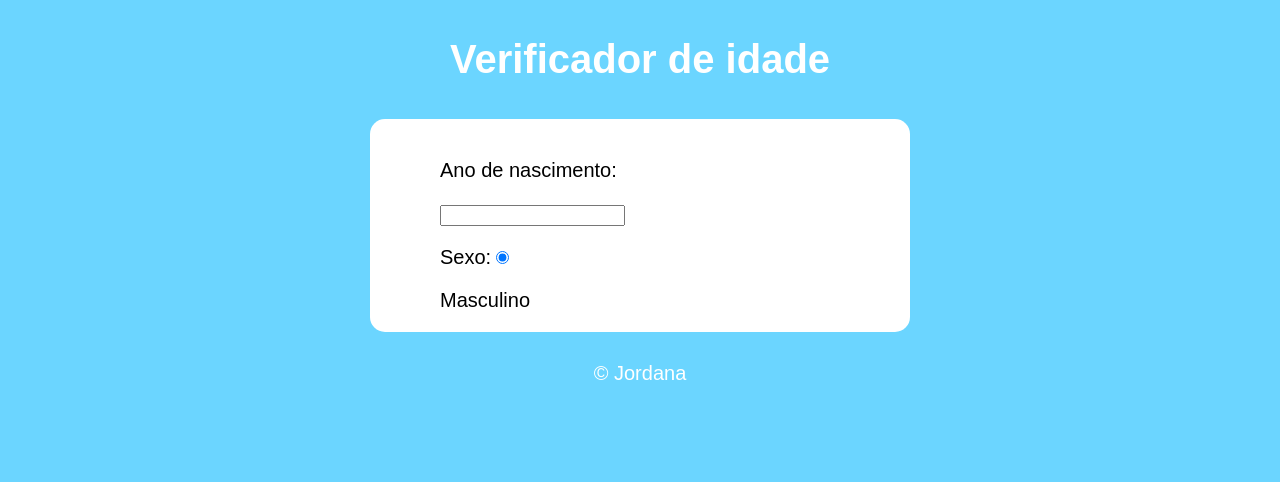
Repository: Iamjordana/Curso-JavaScript
Page: desafio/d02/index.html
An editor plug-in stored every save of this project. The page is shown before and after the next save, followed by the edit.
The browser window is 1280 px wide. The pictures show the whole page.

Above is the page before, as saved 2025-02-20 13:40:26.

### desafio/d02/index.html
<!DOCTYPE html>
<html lang="pt-br">
<head>
    <meta charset="UTF-8">
    <meta name="viewport" content="width=device-width, initial-scale=1.0">
    <title>Modelo Exercicio 2</title>
    <link rel="stylesheet" href="style.css">
</head>
<body>
    <header>
        <h1>Verificador de idade</h1>
    </header>
    <section>
        <div>
           <p>Ano de nascimento:</p>
           <input type="number" name="txtano" id="txtano" min="0">
           <p>Sexo:<input type="radio" name="res" id="masc" checked></p>
           <label for="masc">Masculino</label>


        </div>
        <div id="res">

        </div>
    </section>
    <footer>
        <p>&copy; Jordana</p>
    </footer>
    <script src="script.js"></script>
</body>
</html>

### desafio/d02/style.css
@charset "UTF-8";

body {
  font: normal 15pt Arial, sans-serif;
  background-color: #6bd5ff;
  margin: 0;
  padding: 0;
}

header {
  color: white;
  text-align: center;
  padding: 10px 0;
}

div {
  margin: 0 auto;
  width: 80%;
  text-align:left;
}

section {
  background-color: white;
  padding: 20px;
  border-radius: 15px;
  width: 500px;
  margin: auto;
}

footer {
  color: #ffffff;
  text-align: center;
  padding: 10px 0;
  border-radius: 15px;
}

Loaded but not shown: desafio/d02/script.js (no copy from this time; the picture is the same without it)

After the next save:
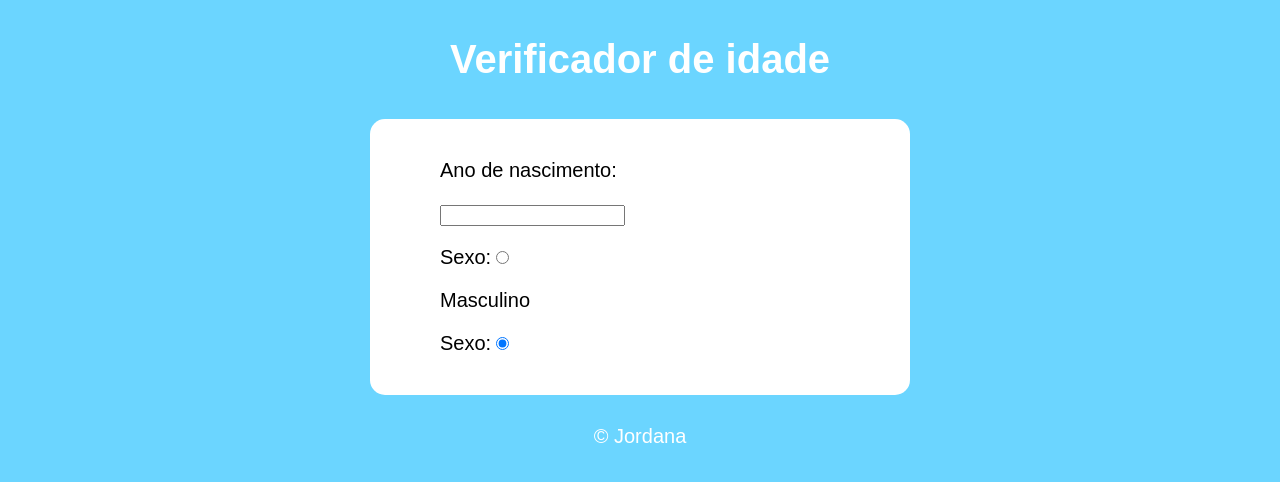
Saved 7 s later.
--- a/desafio/d02/index.html
+++ b/desafio/d02/index.html
@@ -16,7 +16,7 @@
            <input type="number" name="txtano" id="txtano" min="0">
            <p>Sexo:<input type="radio" name="res" id="masc" checked></p>
            <label for="masc">Masculino</label>
-
+           <p>Sexo:<input type="radio" name="res" id="masc" checked></p>
 
         </div>
         <div id="res">
